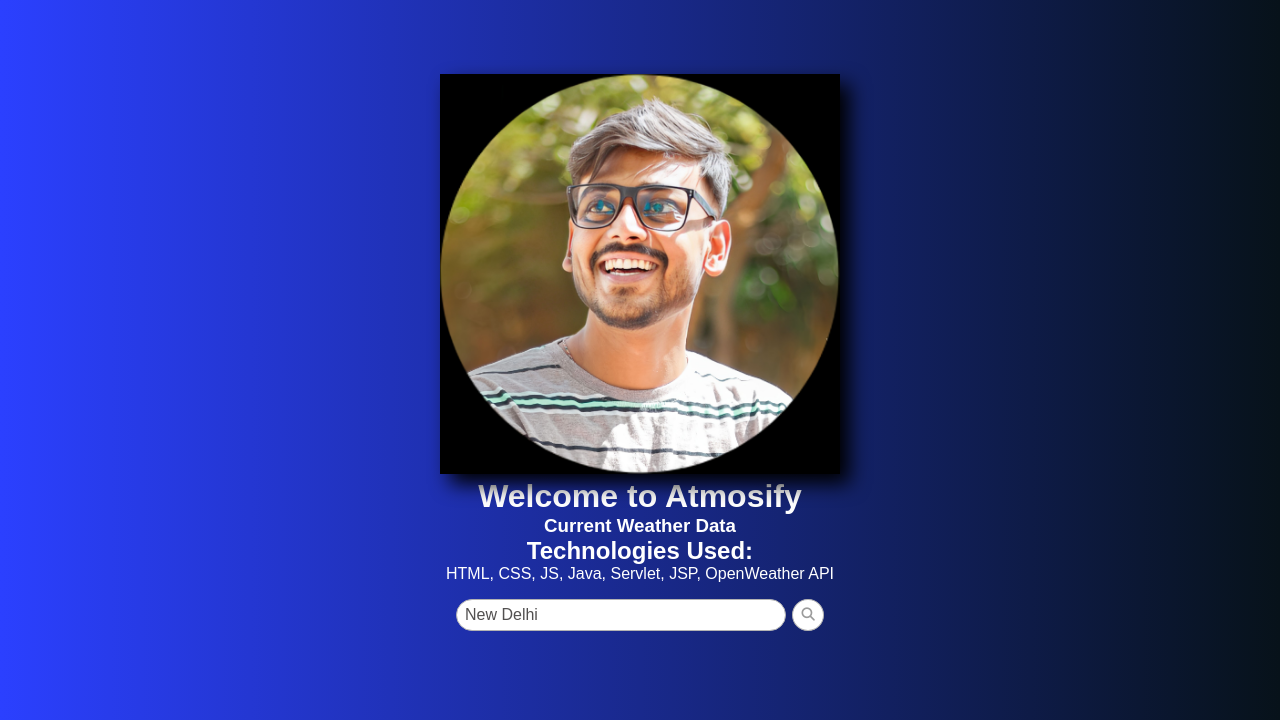
Repository: Kunal062001/Atmosify
Page: Atmosify/src/main/webapp/index.html
An editor plug-in stored every save of this project. The page is shown before and after the next save, followed by the edit.
The browser window is 1280 px wide. The pictures show the whole page.

Above is the page before, as saved 2024-02-29 11:44:17.
Console error: TypeError: Cannot read properties of null (reading 'value')

After the next save:
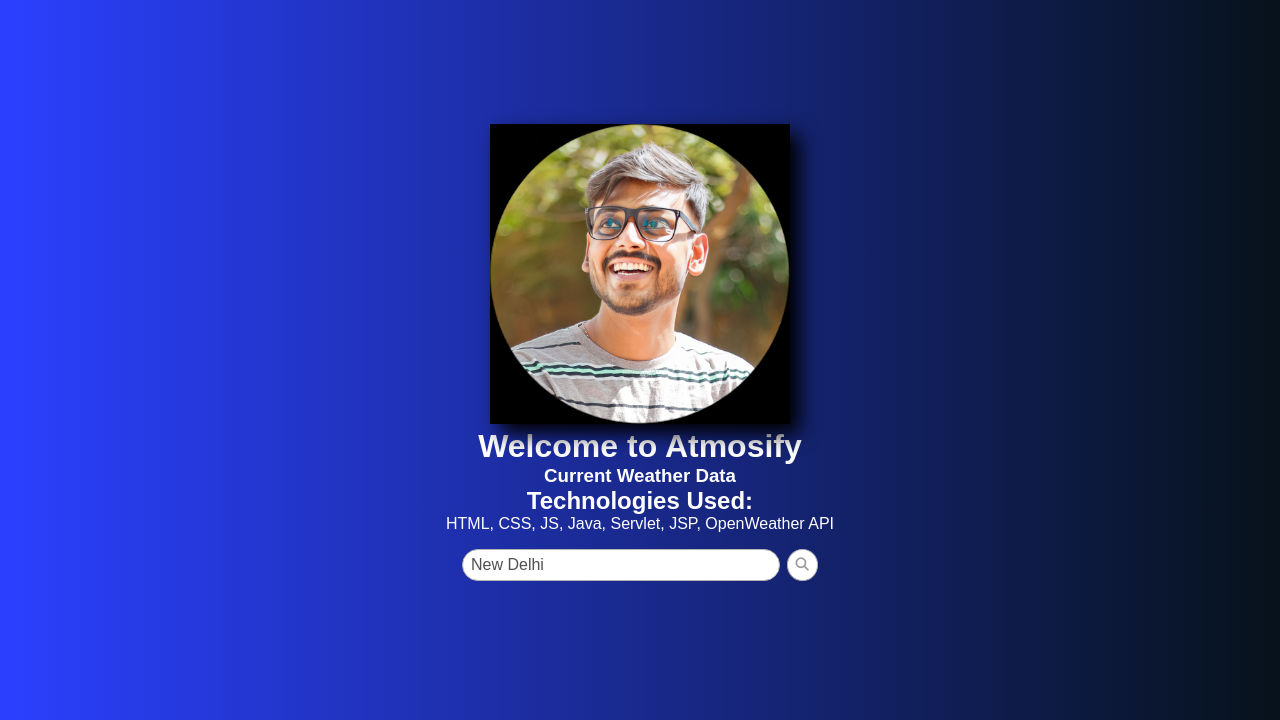
Saved 21 s later.
--- a/Atmosify/src/main/webapp/index.html
+++ b/Atmosify/src/main/webapp/index.html
@@ -12,7 +12,7 @@
 <body>
 
 <div style="color:white; text-align:center">
-<img src="./images/logo.jpg" style="height: 400px;width: 400px; filter: drop-shadow(10px 10px 10px black);">
+<img src="./images/logo.jpg" style="height: 300px;width: 300px; filter: drop-shadow(10px 10px 10px black);">
     <h1>Welcome to Atmosify</h1>
     <h3>Current Weather Data</h3>
 
